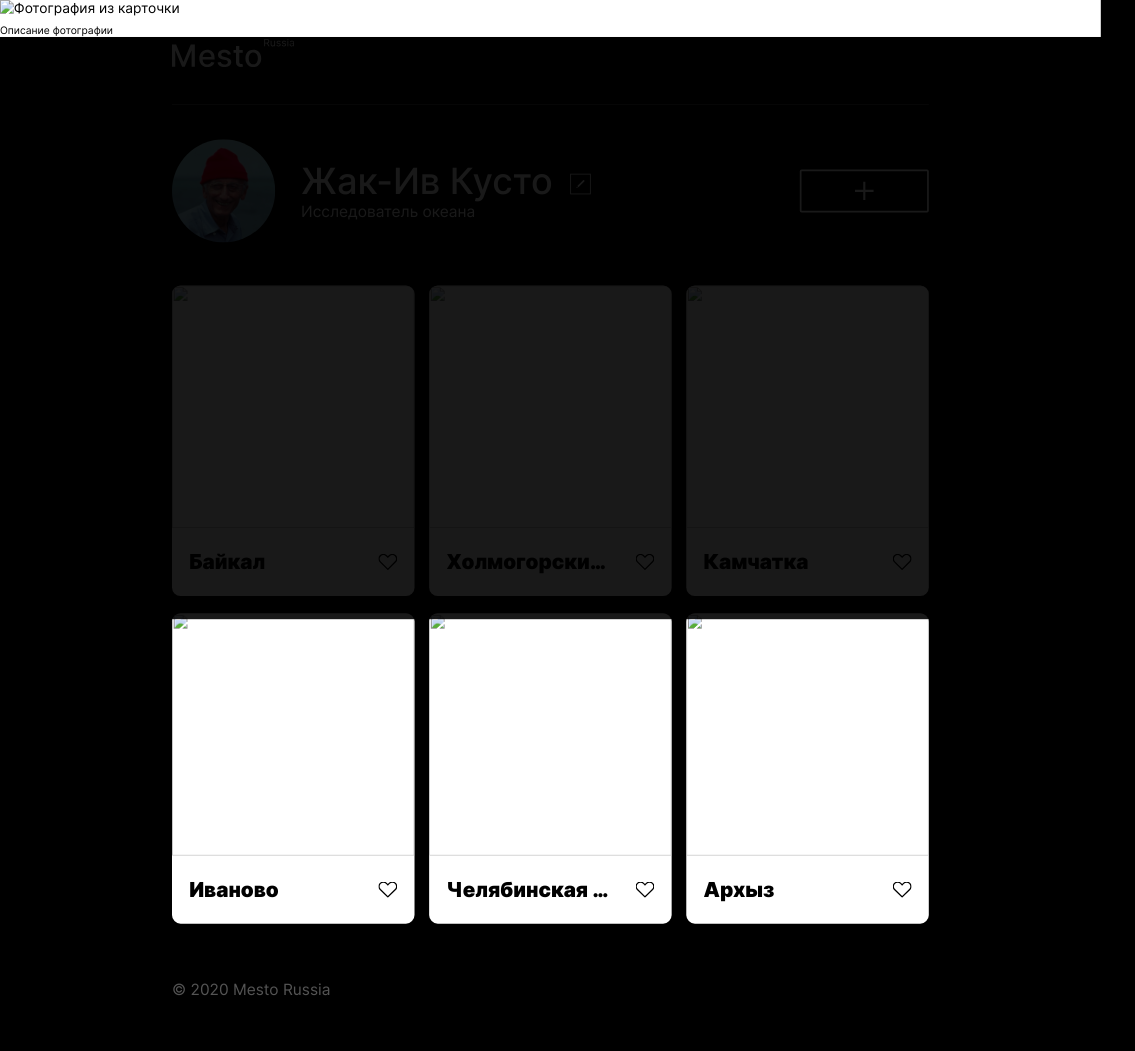
Repository: Akhtool/mesto
Page: index.html
These files come from the project's save history. The page is drawn as it stood at one moment and after the next save; the edit follows.
The browser window is 1280 px wide. The page is 1320 px wide, so the pictures cover 1320 px, including what lies to the right of the window. The pictures show the whole page, at 86% of full size.

Above is the page before, as saved 2023-01-04 12:34:51.

### index.html
<!DOCTYPE html>
<html lang="ru">
<head>
    <meta charset="UTF-8">
    <meta http-equiv="X-UA-Compatible" content="IE=edge">
    <meta name="viewport" content="width=device-width, initial-scale=1.0">
    <link rel="stylesheet" href="pages/index.css">
    <title>Место</title>
</head>
<body class="page">
    <header class="header">
        <a href="#" class="header__logo-link">
            <img src="./images/header__logo.svg" class="header__logo" alt="Логотип сайта Место">
        </a>
    </header>
    <main class="container">
        <section class="profile">
            <img src="./images/profile__image.jpg" alt="Изображение профиля" class="profile__image">
            <div class="profile__info">
                <div class="profile__name-edit">
                    <h1 class="profile__name">Жак-Ив Кусто</h1>
                    <button type="button" class="profile__edit-button" aria-label="edit"></button>
                </div>
                <p class="profile__description">Исследователь океана</p>
            </div>
            <button type="button" class="profile__add-button" aria-label="add"></button>
        </section>
        <section class="cards">
            <ul class="cards__list"></ul>
        </section>
    </main>
    <footer class="footer">
        <p class="footer__copyright">© 2020 Mesto Russia</p>
    </footer>
    <!--Попап просмотра фотографий-->
    <div class="popup_type_show-image">
        <div class="popup__container_type_show-image">
          <button type="button" class="popup__close-button popup__close-button_type_show-image"></button>
          <img src="#" alt="Фотография из карточки" class="popup__image">
          <h3 class="popup__title_type_show-image">Описание фотографии</h3>
        </div>
    </div>
    <!--Попап добавления карточек-->
    <div class="popup popup_type_add-card">
        <div class="popup__container">
            <h2 class="popup__title">Новое место</h2>
            <form action="#" name="input-form" class="popup__input-form popup__input-form_type_card">
                <input type="text" name="card-name" required class="popup__input popup__input_type_card-name" placeholder="Название">
                <input type="text" name="card-link" class="popup__input popup__input_type_card-link" placeholder="Ссылка на картинку">
                <input type="submit" value="Создать" class="popup__submit">
            </form>
            <button type="button" class="popup__close-button popup__close-button_type_add-card" aria-label="close"></button>
        </div>
    </div>
    <!--Попап редактирования профиля-->
    <div class="popup popup_type_profile-edit">
        <div class="popup__container">
            <h2 class="popup__title">Редактировать профиль</h2>
            <form action="#" name="input-form" class="popup__input-form popup__input-form_type_profile">
                <input type="text" name="user-name" required class="popup__input popup__input_type_name" placeholder="Имя">
                <input type="text" name="user-description" class="popup__input popup__input_type_description" placeholder="О себе">
                <input type="submit" value="Сохранить" class="popup__submit">
            </form>
            <button type="button" class="popup__close-button popup__close-button_type_profile" aria-label="close"></button>
        </div>
    </div>
    <!-- Шаблон для карточек -->
    <template id="card-template">
        <li class="card">
            <img class="card__image">
            <button type="button" class="card__delete-button"></button>
            <div class="card__info">
                <h2 class="card__name"></h2>
                <button type="button" class="card__like"></button>
            </div>
        </li>
    </template>
    <script src="./scripts/script.js"></script>
</body>
</html>

### pages/index.css
/* root */
@import url(../vendor/normalize.css);
@import url(../vendor/fonts/fonts.css);

/* content */
@import url(../blocks/page/page.css);
@import url(../blocks/container/container.css);

/* header */
@import url(../blocks/header/header.css);
@import url(../blocks/header/__logo-link/header__logo-link.css);
@import url(../blocks/header/__logo/header__logo.css);

/* container */

/* profile */
@import url(../blocks/profile/profile.css);
@import url(../blocks/profile/__image/profile__image.css);
@import url(../blocks/profile/__info/profile__info.css);
@import url(../blocks/profile/__description/profile__description.css);
@import url(../blocks/profile/__add-button/profile__add-button.css);
@import url(../blocks/profile/__name-edit/profile__name-edit.css);
@import url(../blocks/profile/__name/profile__name.css);
@import url(../blocks/profile/__edit-button/profile__edit-button.css);


/* cards */
@import url(../blocks/cards/cards.css);
@import url(../blocks/cards/__list/cards__list.css);


/* card */
@import url(../blocks/card/card.css);
@import url(../blocks/card/__image/card__image.css);
@import url(../blocks/card/__info/card__info.css);
@import url(../blocks/card/__name/card__name.css);
@import url(../blocks/card/__like/card__like.css);
@import url(../blocks/card/__like/_active/card__like_active.css);
@import url(../blocks/card/__delete-button/card__delete-button.css);

/* footer */
@import url(../blocks/footer/footer.css);
@import url(../blocks/footer/__copyright/footer__copyright.css);
/* popup */
@import url(../blocks/popup/popup.css);
@import url(../blocks/popup/_opened/popup_opened.css);
@import url(../blocks/popup/__container/popup__container.css);
@import url(../blocks/popup/__title/popup__title.css);
@import url(../blocks/popup/__input/popup__input.css);
@import url(../blocks/popup/__submit/popup__submit.css);
@import url(../blocks/popup/__close-button/popup__close-button.css);
/* popup_type_show-image */
@import url(../blocks/popup/_type/popup_type_show-image.css);
@import url(../blocks/popup/__container/_type/popup__container_type_show-image.css);
@import url(../blocks/popup/__image/popup__image.css);
@import url(../blocks/popup/__title/_type/popup__title_type_show-image.css);

### vendor/fonts/fonts.css
@font-face {
    font-family: 'Inter';
    font-style: normal;
    font-weight: 400;
    src: url(./Inter-Regular.woff2) format(woff2),
         url(./Inter-Regular.woff) format(woff);
}

@font-face {
    font-family: 'Inter';
    font-style: normal;
    font-weight: 500;
    src: url(./Inter-Medium.woff2) format(woff2),
         url(./Inter-Medium.woff) format(woff);
}

@font-face {
    font-family: 'Inter';
    font-style: normal;
    font-weight: 900;
    src: url(./Inter-Black.woff2) format(woff2),
         url(./Inter-Black.woff) format(woff);
}

### blocks/page/page.css
.page {
    background-color: #000000;
    box-sizing: border-box;
    font-family: 'Inter', Arial, Helvetica, sans-serif;
    -moz-osx-font-smoothing: grayscale;
    -webkit-font-smoothing: antialiased;
    -webkit-text-size-adjust: 100%;
    -ms-text-size-adjust: 100%;
    -moz-text-size-adjust: 100%;
    text-rendering: optimizeLegibility;
    max-width: 1280px;
    margin: 0 auto;
}

### blocks/container/container.css
.container {
    max-width: 1280px;
    min-width: 320px;
    margin: 0 auto;
}

@media screen and (max-width: 920px) {
    .container {
        padding: 0 27px;
    }

}

@media screen and (max-width: 500px) {
    .container {
        padding: 0;
    }
}

### blocks/header/header.css
.header {
    padding-top: 45px;
    border-bottom: 1px solid rgba(84, 84, 84, .7);
    max-width: 880px;
    margin: 0 auto;
}

@media screen and (max-width: 500px) {
    .header {
        padding-top: 28px;
    }
}

### blocks/header/__logo-link/header__logo-link.css
.header__logo-link {
    display: block;
    max-width: 142px;
    padding-bottom: 40px;
    cursor: pointer;
}

@media screen and (max-width: 920px) {
    .header__logo-link {
        padding-left: 27px;
    }

}

@media screen and (max-width: 500px) {
    .header__logo-link {
        padding-bottom: 30px;
    }
}

### blocks/header/__logo/header__logo.css
.header__logo {
    max-width: 100%;
}

@media screen and (max-width: 500px) {
    .header__logo {
        max-width: 103px;
    }
}

### blocks/profile/profile.css
.profile {
    max-width: 880px;
    margin: 0 auto;
    padding-top: 40px;

    display: flex;
    align-items: center;
}

@media screen and (max-width: 768px) {
    .profile {
        flex-direction: column;
    }
}

### blocks/profile/__image/profile__image.css
.profile__image {
    width: 120px;
    height: 120px;
    border-radius: 50%;
}

@media screen and (max-width: 768px) {
    .profile__image {
        margin-bottom: 26px;
    }
}

### blocks/profile/__info/profile__info.css
.profile__info {
    padding-left: 30px;
    flex: 1;
    flex-grow: 1;
    flex-shrink: 1;
    flex-basis: 0%;
    flex-direction: column;
}

@media screen and (max-width: 768px) {
    .profile__info {
        padding: 0 0 36px 0;
        text-align: center;
    }
}

### blocks/profile/__description/profile__description.css
.profile__description {
    font-family: 'Inter', Arial, Helvetica, sans-serif;
    font-style: normal;
    font-weight: 400;
    font-size: 18px;
    line-height: 22px;
    color: #FFFFFF;
    max-width: 350px;
    text-overflow: ellipsis;
    white-space: nowrap;
    overflow: hidden;

    padding: 0;
    margin: 0;
}

@media screen and (max-width: 500px) {
    .profile__description {
        font-size: 14px;
        line-height: 17px;
        margin: 0 auto;
        max-width: 200px;
    }
}

### blocks/profile/__add-button/profile__add-button.css
.profile__add-button {
    width: 150px;
    height: 50px;
    border: 2px solid #FFFFFF;
    border-radius: 2px;
    background-color: transparent;
    background-image: url(../../../images/add-button__image.svg);
    background-position: center;
    background-repeat: no-repeat;
    background-size: 22px;
}

.profile__add-button:hover {
    opacity: .6;
    cursor: pointer;
    transition: opacity .2s linear;
}

@media screen and (max-width: 768px) {
    .profile__add-button {
        width: 282px;
        background-size: 16px;
    }
}

### blocks/profile/__name-edit/profile__name-edit.css
.profile__name-edit {
    display: flex;
    align-items: baseline;
    gap: 20px;
    flex-direction: row;
}

@media screen and (max-width: 500px) {
    .profile__name-edit {
        gap: 10px;
    }
}

### blocks/profile/__name/profile__name.css
.profile__name {
    font-family: 'Inter', Arial, Helvetica, sans-serif;
    font-style: normal;
    font-weight: 500;
    font-size: 42px;
    line-height: 48px;
    color: #FFFFFF;
    max-width: 350px;
    text-overflow: ellipsis;
    white-space: nowrap;
    overflow: hidden;

    padding: 0;
    margin: 0;
}

@media screen and (max-width: 768px) {
    .profile__name {
        padding-bottom: 14px;
    }
}

@media screen and (max-width: 500px) {
    .profile__name {
        font-size: 27px;
        line-height: 33px;
        margin-left: 27px;
        padding-bottom: 6px;
        max-width: 200px;
    }
}

### blocks/profile/__edit-button/profile__edit-button.css
.profile__edit-button {
    width: 24px;
    height: 24px;
    box-sizing: border-box;
    border: 1px solid #FFFFFF;
    background-color: transparent;
    background-image: url(../../../images/edit-button.svg);
    background-position: center;
    background-repeat: no-repeat;
    background-size: 10px;
}

.profile__edit-button:hover {
    opacity: .6;
    cursor: pointer;
    transition: opacity .2s linear;
}

@media screen and (max-width: 500px) {
    .profile__edit-button {
        width: 18px;
        height: 18px;
    }
}

### blocks/cards/cards.css
.cards {
    max-width: 880px;
    margin: 0  auto;
    padding-top: 50px;
}

@media screen and (max-width: 500px) {
    .cards {
        padding-top: 35px;
    }
}

### blocks/cards/__list/cards__list.css
.cards__list {
    display: grid;
    grid-template-columns: repeat(auto-fit, 282px);
    column-gap: 17px;
    row-gap: 20px;
    box-sizing: border-box;
    padding: 0;
    margin: 0 auto;
    list-style: none;
}

@media screen and (max-width: 920px) {
    .cards__list {
        justify-content: center;
    }

}

### blocks/card/card.css
.card {
    position: relative;
    box-sizing: border-box;
    max-width: 282px;
    border-radius: 10px;
    overflow: hidden;
    background-color: #fff;
    margin: 0;
    padding: 0;
}

### blocks/card/__image/card__image.css
.card__image {
    display: block;
    width: 282px;
    height: 282px;
    transition: .2s linear;
}

### blocks/card/__info/card__info.css
.card__info {
    display: flex;
    justify-content: space-between;
    align-items: center;
    padding: 25px 20px 25px 20px;
    box-sizing: border-box;
}

### blocks/card/__name/card__name.css
.card__name {
    padding: 0;
    margin: 0;
    max-width: 195px;
    font-family: 'Inter', Arial, Helvetica, sans-serif;
    font-style: normal;
    font-weight: 900;
    font-size: 24px;
    line-height: 29px;
    text-overflow: ellipsis;
    white-space: nowrap;
    overflow: hidden;
    color: #000000;
}

### blocks/card/__like/card__like.css
.card__like {
    padding: 0;
    margin: 0;
    min-width: 22px;
    min-height: 19px;
    background-color: transparent;
    background-image: url(../../../images/like-button_disabled.svg);
    background-position: center;
    background-repeat: no-repeat;
    background-size: contain;
    border: 0;
    transition: .7s all;
}

.card__like:hover {
    opacity: .5;
    cursor: pointer;
    transition: opacity .2s linear;
}

### blocks/card/__like/_active/card__like_active.css
.card__like_active {
    background: url(../../../../images/like-button_active.svg) center no-repeat;
    transition: .7s all;
}

### blocks/card/__delete-button/card__delete-button.css
.card__delete-button{
    position: absolute;
    top: 20px;
    right: 20px;
    width: 18px;
    height: 19px;
    border: none;
    background-image: url(../../../images/delete-button.svg);
    background-repeat: no-repeat;
    background-position: center;
    background-size: cover;
    background-color: rgba(0, 0, 0, 0);
    cursor: pointer;
}

.card__delete-button:hover {
    opacity: .6;
    transition: opacity .7s ease;
}

### blocks/footer/footer.css
.footer {
    max-width: 880px;
    margin: 0 auto;
    padding: 66px 0 60px;
}

@media screen and (max-width: 500px) {
    .footer {
        padding-top: 48px;
        padding-bottom: 36px;
    }
}

### blocks/footer/__copyright/footer__copyright.css
.footer__copyright {
    font-family: 'Inter', Arial, Helvetica, sans-serif;
    font-style: normal;
    font-weight: 400;
    font-size: 18px;
    line-height: 22px;
    color: #545454;
    padding: 0;
    margin: 0;
}

@media screen and (max-width: 920px) {
    .footer__copyright {
        padding-left: 27px;
    }

}

@media screen and (max-width: 500px) {
    .footer__copyright {
        font-size: 14px;
        line-height: 17px;
        padding-left: 19px;
    }
}

### blocks/popup/popup.css
.popup {
    position: fixed;
    display: none;
    justify-content: center;
    align-items: center;
    top: 0;
    right: 0;
    bottom: 0;
    left: 0;
    width: 100%;
    height: 100vh;
    background-color: rgba(0, 0, 0, .5);
    /* visibility: hidden;
    opacity: 0;
    z-index: -1;
    transition: opacity .3s visibility .3s z-index .3s; */
  }

### blocks/popup/_opened/popup_opened.css
.popup_opened {
    display: flex;
    visibility: visible;
    opacity: 1;
    z-index: 5;
    transition: opacity .3s;
}

### blocks/popup/__container/popup__container.css
.popup__container {
    display: flex;
    flex-direction: column;
    justify-content: space-between;
    box-sizing: border-box;
    margin: 0 auto;
    padding: 34px 36px 37px 36px;
    position: relative;
    min-width: 430px;
    background-color: #fff;
    border-radius: 10px;
}

@media screen and (max-width: 500px) {
    .popup__container {
        justify-content: flex-start;
        min-width: 282px;
        padding: 22px 22px;
    }
}

### blocks/popup/__title/popup__title.css
.popup__title {
    font-family: 'Inter', Arial, Helvetica, sans-serif;
    font-style: normal;
    font-weight: 900;
    font-size: 24px;
    line-height: 29px;
    color: #000000;
    margin: 0 0 44px 0;
}

@media screen and (max-width: 500px) {
    .popup__title {
      font-size: 18px;
      margin-bottom: 65px;
    }
  }

### blocks/popup/__input/popup__input.css
.popup__input {
    display: block;
    margin: 0;
    padding: 0;
    width: 358px;
    height: 27px;
    outline: none;
    border: 0;
    border-bottom: 1px solid rgba(0, 0, 0, 0.2);
    padding-bottom: 4px;
    font-family: 'Inter', Arial, Helvetica, sans-serif;
    font-style: normal;
    font-weight: 400;
    font-size: 14px;
    line-height: 17px;
    color: #000000;
  }

  .popup__input:first-child {
    margin-bottom: 25px;
  }

  .popup__input:nth-child(2) {
    margin-bottom: 45px;
  }

  @media screen and (max-width: 500px) {
    .popup__input {
      width: 238px;
      height: 27px;
    }
  }

### blocks/popup/__submit/popup__submit.css
.popup__submit {
    box-sizing: border-box;
    border: 0;
    background: #000000;
    border-radius: 2px;
    color: #fff;
    cursor: pointer;
    font-family: 'Inter', Arial, Helvetica, sans-serif;
    font-style: normal;
    font-weight: 400;
    font-size: 18px;
    line-height: 22px;
    text-align: center;
    min-width: 358px;
    min-height: 50px;
}

.popup__submit:hover {
    opacity: .8;
  }

  @media screen and (max-width: 500px) {
    .popup__submit {
      height: 46px;
      font-size: 14px;
      line-height: 17px;
      min-width: 238px;
      min-height: 46px;
    }
  }

### blocks/popup/__close-button/popup__close-button.css
.popup__close-button {
    position: absolute;
    background-image: url(../../../images/close-button.svg);
    background-size: contain;
    background-repeat: no-repeat;
    background-position: center;
    background-color: transparent;
    border: 0;
    outline: none;
    width: 32px;
    height: 32px;
    top: -40px;
    right: -40px;
    cursor: pointer;
  }

  .popup__close-button:hover {
    opacity: .6;
  }

  @media screen and (max-width: 635px) {
    .popup__close-button {
      width: 20px;
      height: 20px;
      top: -38px;
      right: 0;
    }
  }

### blocks/popup/_type/popup_type_show-image.css
.popup_type_show-image {
    position: absolute;
    top: 0;
    right: 0;
    bottom: 0;
    left: 0;
    width: 100%;
    height: 100%;
    background-color: rgba(0, 0, 0, .9);
}

### blocks/popup/__container/_type/popup__container_type_show-image.css
.popup__container_type_show-image {
    background-color: #fff;
}

### blocks/popup/__title/_type/popup__title_type_show-image.css
.popup__title_type_show-image {
    margin: 0;
    font-weight: 400;
    font-size: 12px;
    line-height: 15px;
    margin-top: 10px;
}

Loaded but not shown: vendor/normalize.css (library); blocks/popup/__image/popup__image.css (common file); scripts/script.js (118 lines, source omitted)

After the next save:
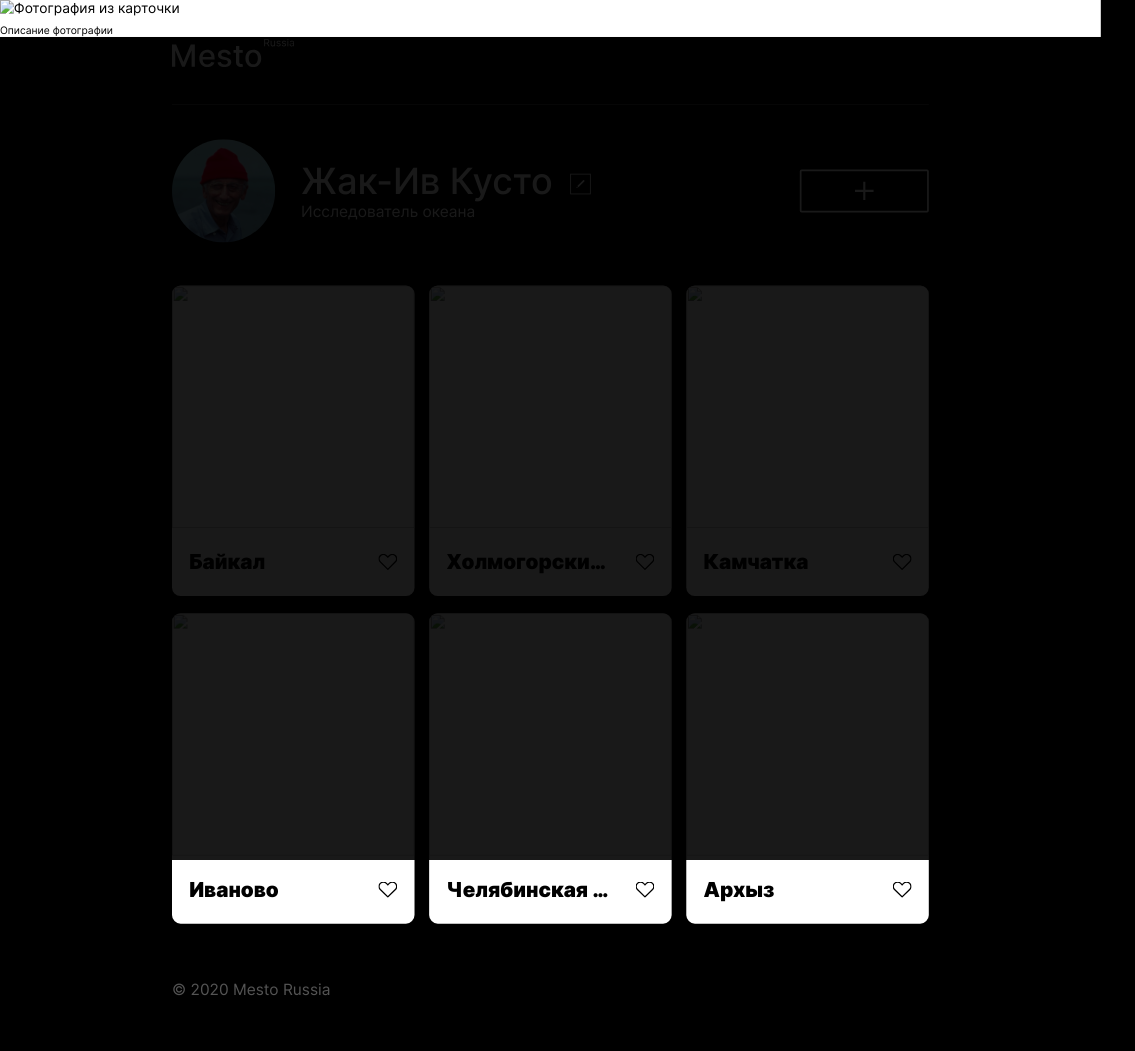
Saved 94 s later.
--- a/blocks/popup/_type/popup_type_show-image.css
+++ b/blocks/popup/_type/popup_type_show-image.css
@@ -5,6 +5,6 @@
     bottom: 0;
     left: 0;
     width: 100%;
-    height: 100%;
+    height: 1000px;
     background-color: rgba(0, 0, 0, .9);
 }

After the save that followed:
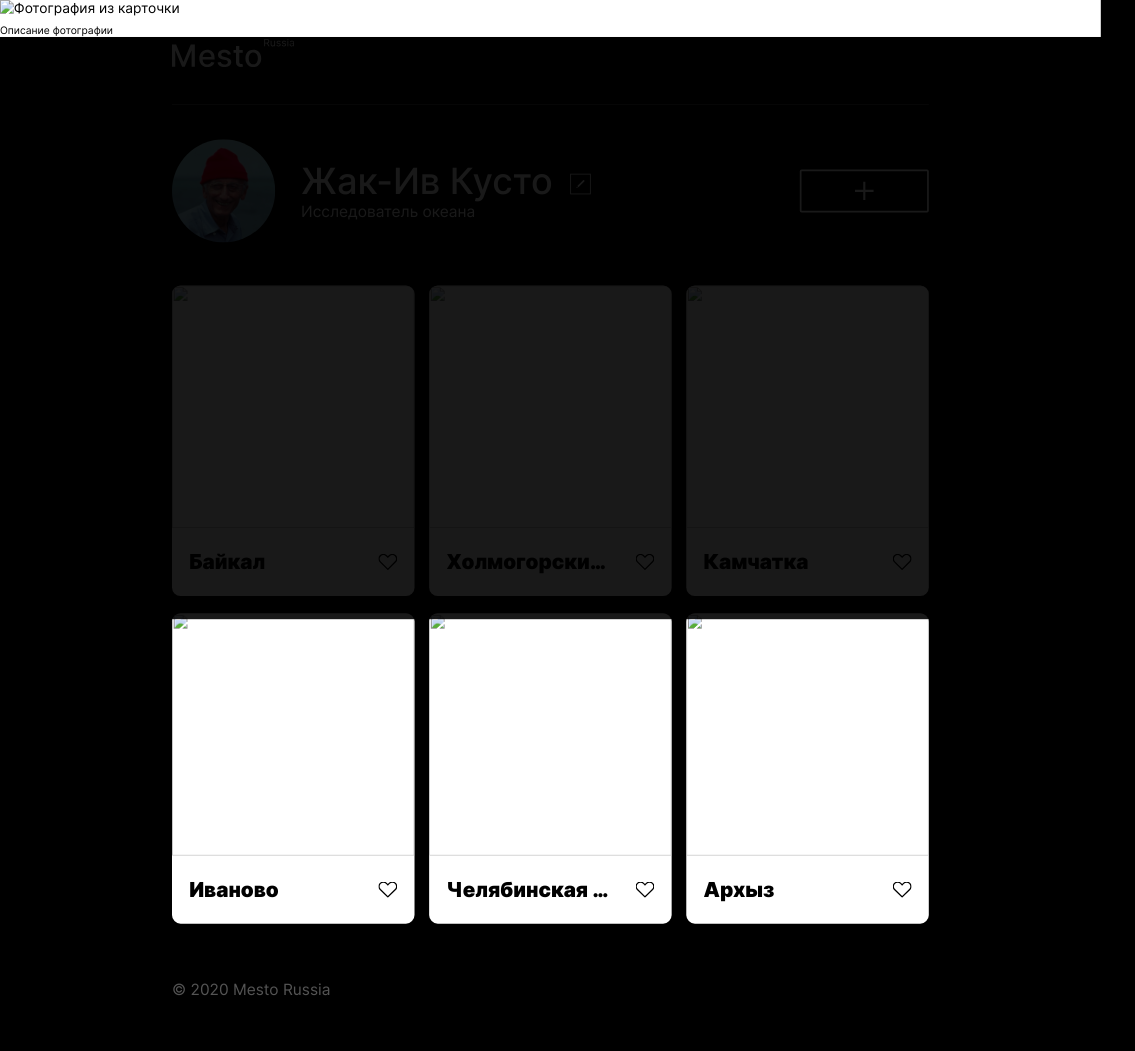
Saved 68 s later.
--- a/blocks/popup/_type/popup_type_show-image.css
+++ b/blocks/popup/_type/popup_type_show-image.css
@@ -4,7 +4,7 @@
     right: 0;
     bottom: 0;
     left: 0;
-    width: 100%;
-    height: 1000px;
+    /* width: 100%;
+    height: 100vh; */
     background-color: rgba(0, 0, 0, .9);
 }
